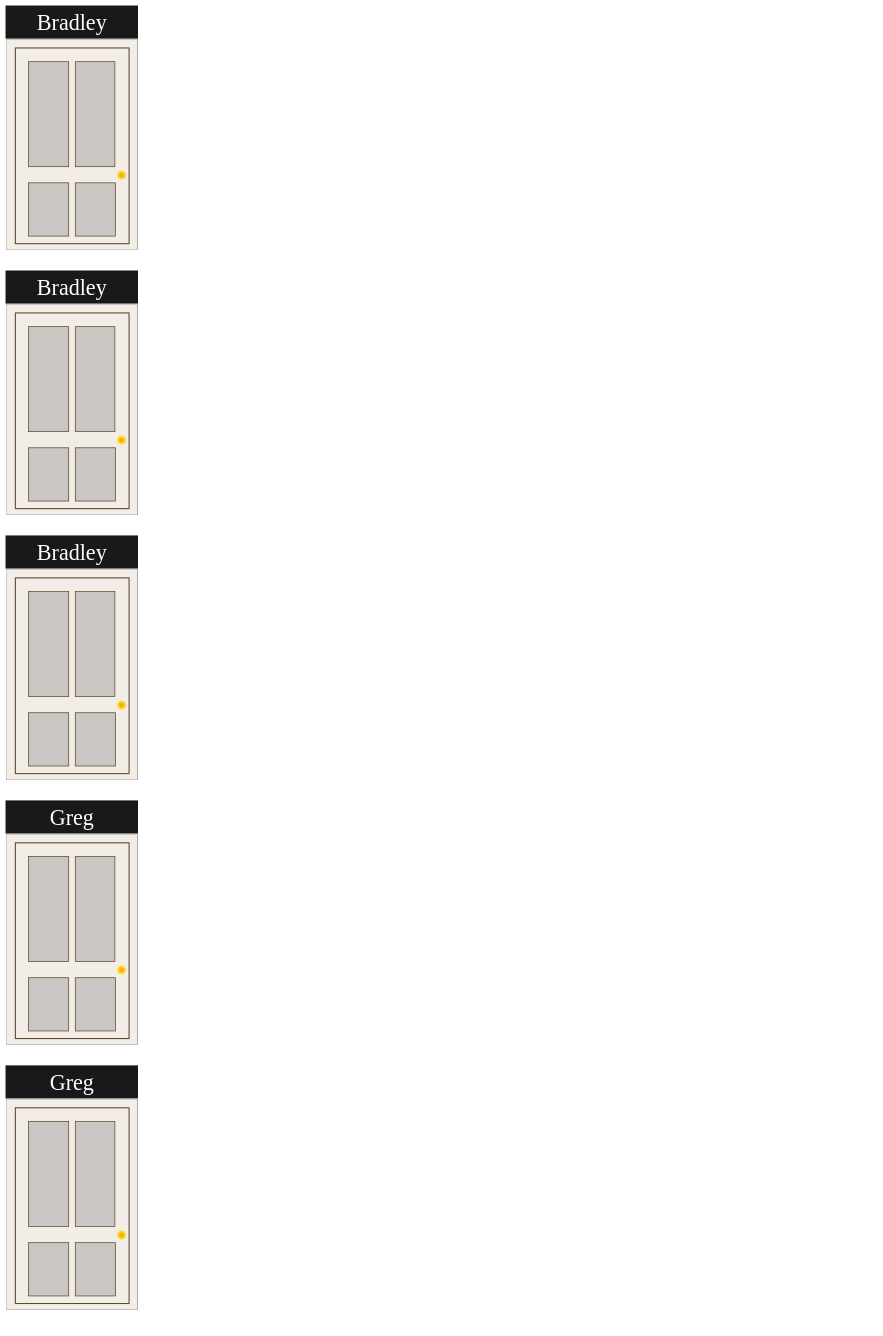
Repository: dnguyen130/HelpAHomieV3
Page: index.html
An editor plug-in stored every save of this project. The page is shown before and after the next save, followed by the edit.
The browser window is 1280 px wide. The pictures show the whole page, at 69% of full size.

Above is the page before, as saved 2021-03-10 19:47:37.

After the next save:
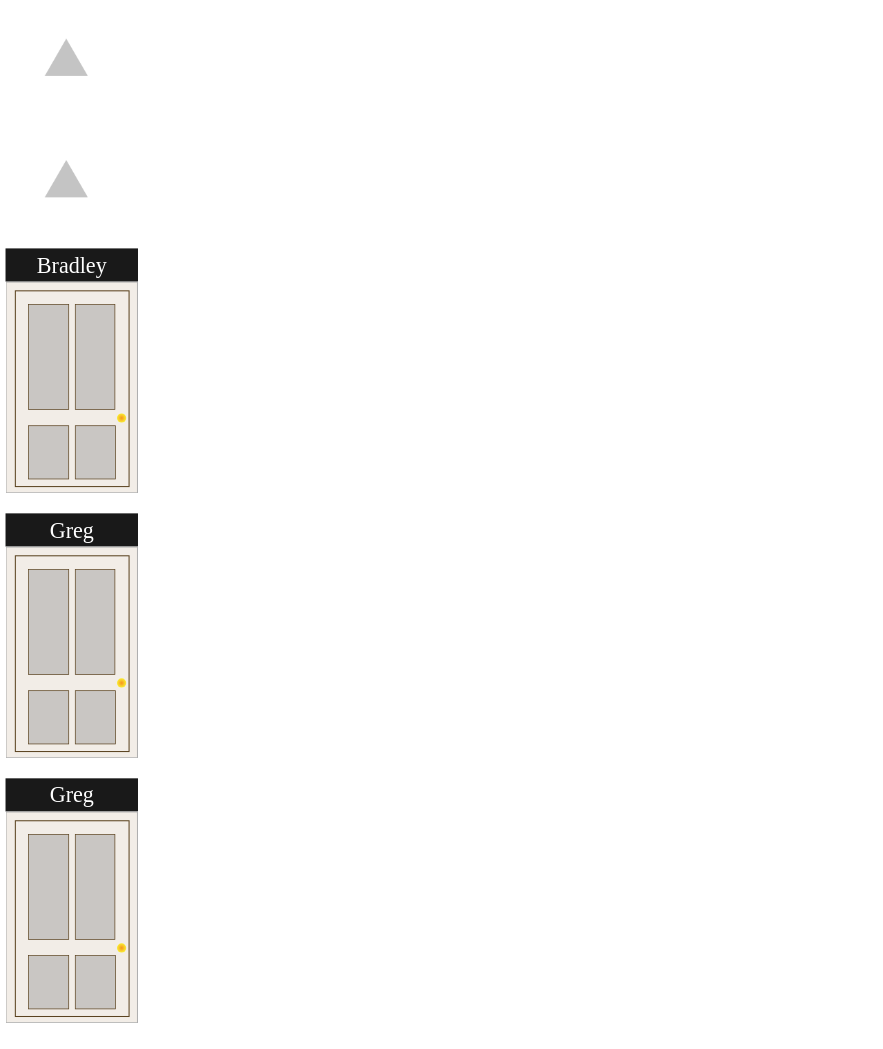
Saved 7 s later.
--- a/workflow.js
+++ b/workflow.js
@@ -1,6 +1,6 @@
 //arrows
-document.querySelector(".arrow").innerHTML += DoorUI();
-document.querySelector(".arrow").innerHTML += DoorUI();
+document.querySelector(".arrow").innerHTML += TriangleButtonUI();
+document.querySelector(".arrow").innerHTML += TriangleButtonUI();
 
 
 //doors
